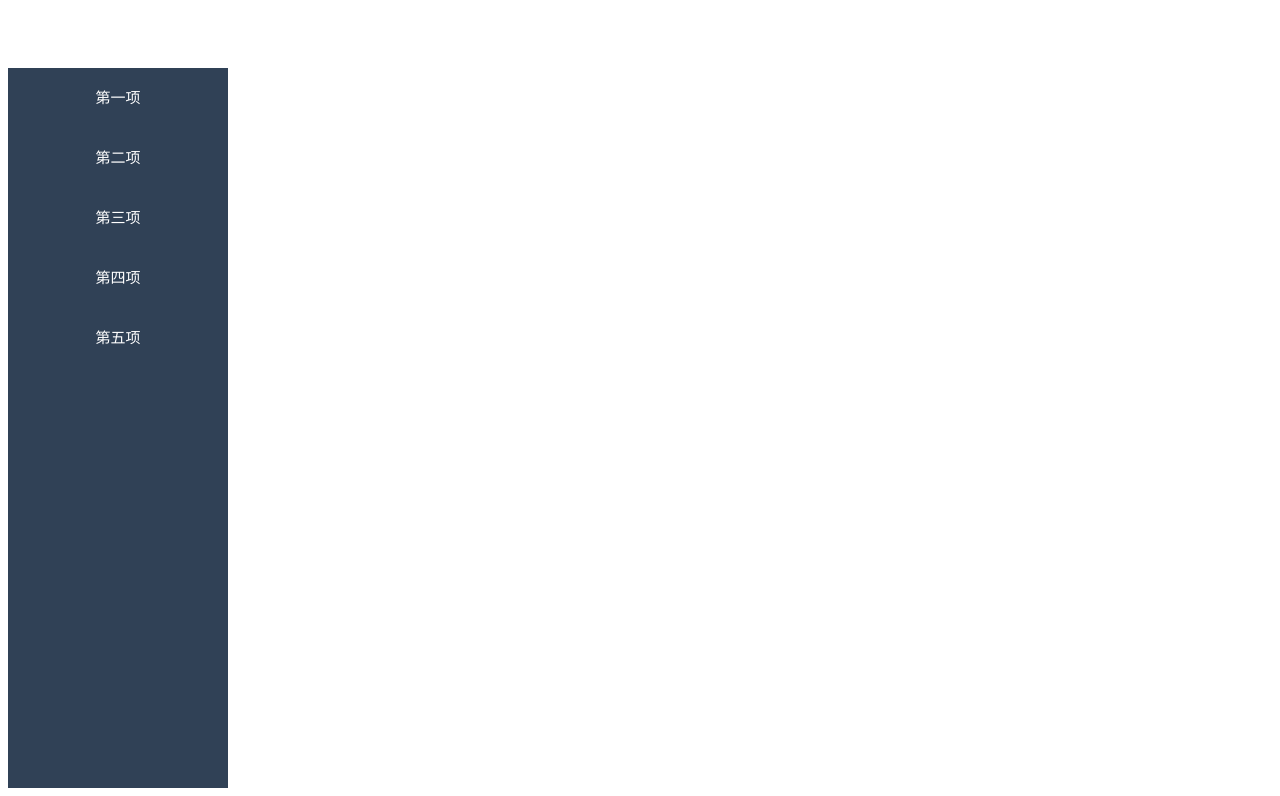
Repository: shandamengcheng/graduate-project
Page: /home
The author's editor kept a copy of each file at every save. The page is drawn from the files as they stood at one save, then again after the next save.
The browser window is 1280 px wide. The pictures show the whole page.
The project was rebuilt for these pictures with package versions that can differ from the ones it lists, and the page was loaded fresh each time. Also part of the build but not shown: src/views/Login.vue.

Above is the page before, as saved 2021-03-10 22:49:15.

After the next save:
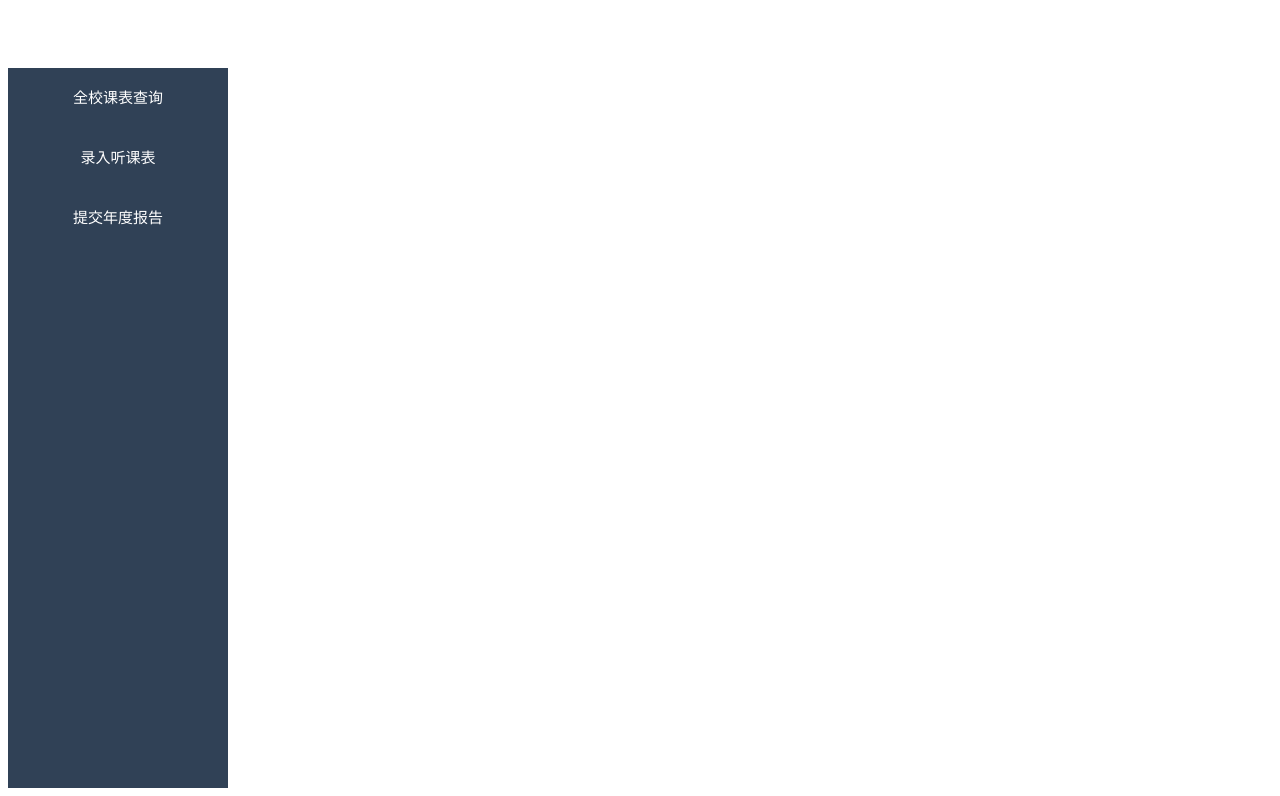
Saved 4 min 35 s later.
--- a/src/views/SideBar.vue
+++ b/src/views/SideBar.vue
@@ -1,19 +1,13 @@
 <template>
   <div class="sidebar">
     <SideBarItem>
-      <div>第一项</div>
+      <div>全校课表查询</div>
     </SideBarItem>
     <SideBarItem>
-      <div>第二项</div>
+      <div>录入听课表</div>
     </SideBarItem>
     <SideBarItem>
-      <div>第三项</div>
-    </SideBarItem>
-    <SideBarItem>
-      <div>第四项</div>
-    </SideBarItem>
-    <SideBarItem>
-      <div>第五项</div>
+      <div>提交年度报告</div>
     </SideBarItem>
   </div>
 </template>
